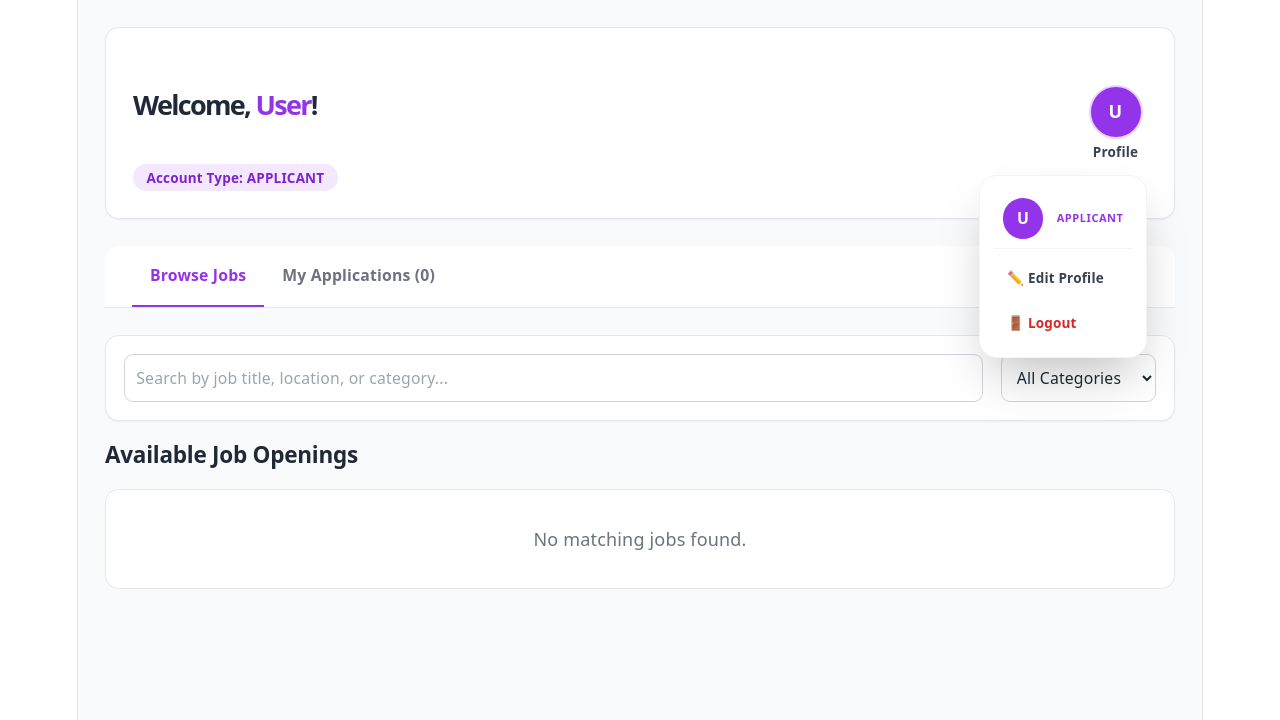
Repository: mdkawsarjomadder/job-portal
Page: /dashboard (app in job-portal/frontend/), after clicking the first element matching `button.flex`
These files come from the project's save history. The page is drawn as it stood at one moment and after the next save; the edit follows.
The browser window is 1280 px wide. The pictures show the whole page.
The page's requests for data from a server got no answer. The project was rebuilt for these pictures with package versions that can differ from the ones it lists, and the page was loaded fresh each time. No one was signed in, and anything a server would have sent is missing. Also part of the build but not shown: job-portal/frontend/vite.config.js, job-portal/frontend/src/pages/Login.jsx, job-portal/frontend/src/pages/Register.jsx, job-portal/frontend/src/pages/EmployerDashboard.jsx, job-portal/frontend/src/pages/MyApplications.jsx, job-portal/frontend/src/pages/CreateJob.jsx, job-portal/frontend/src/pages/Home.jsx. Imported but missing from the stored project, and not drawn on this page: job-portal/frontend/src/pages/Profile.

Above is the page before, as saved 2026-09-18 21:25:10.

After the next save:
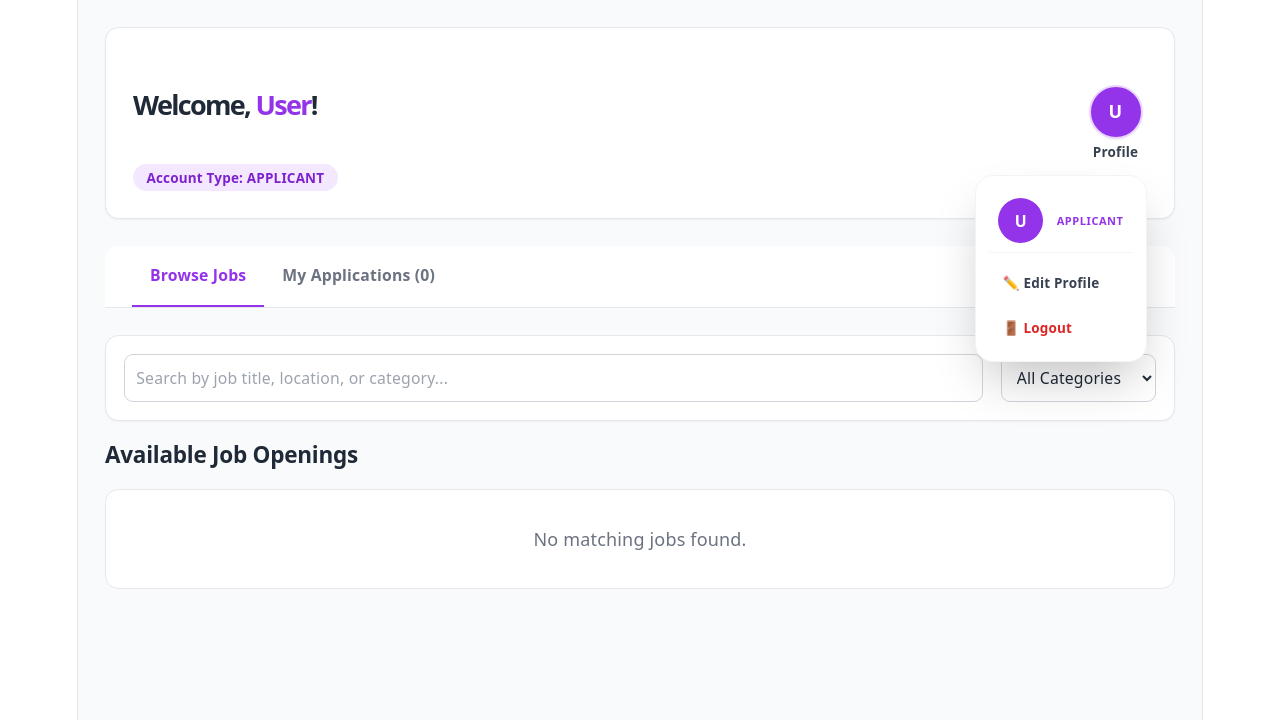
Saved 7 s later.
--- a/job-portal/frontend/src/pages/ApplicantDashboard.jsx
+++ b/job-portal/frontend/src/pages/ApplicantDashboard.jsx
@@ -231,7 +231,7 @@ export default function ApplicantDashboard() {
               <div className="absolute right-0 mt-2 w-50 bg-white rounded-2xl shadow-2xl border border-gray-100 p-3 z-50 transform origin-top-right transition-all">
                 {/* Header User Details */}
                 <div className="flex items-center gap-3 p-2 border-b border-gray-100 mb-2">
-                  <div className="w-9 h-9 rounded-full bg-purple-600 text-white font-bold text-sm flex items-center justify-center overflow-hidden shrink-0">
+                  <div className="w-10 h-10 rounded-full bg-purple-600 text-white font-bold text-sm flex items-center justify-center overflow-hidden shrink-0">
                     {user?.avatar ? (
                       <img
                         src={user.avatar}
